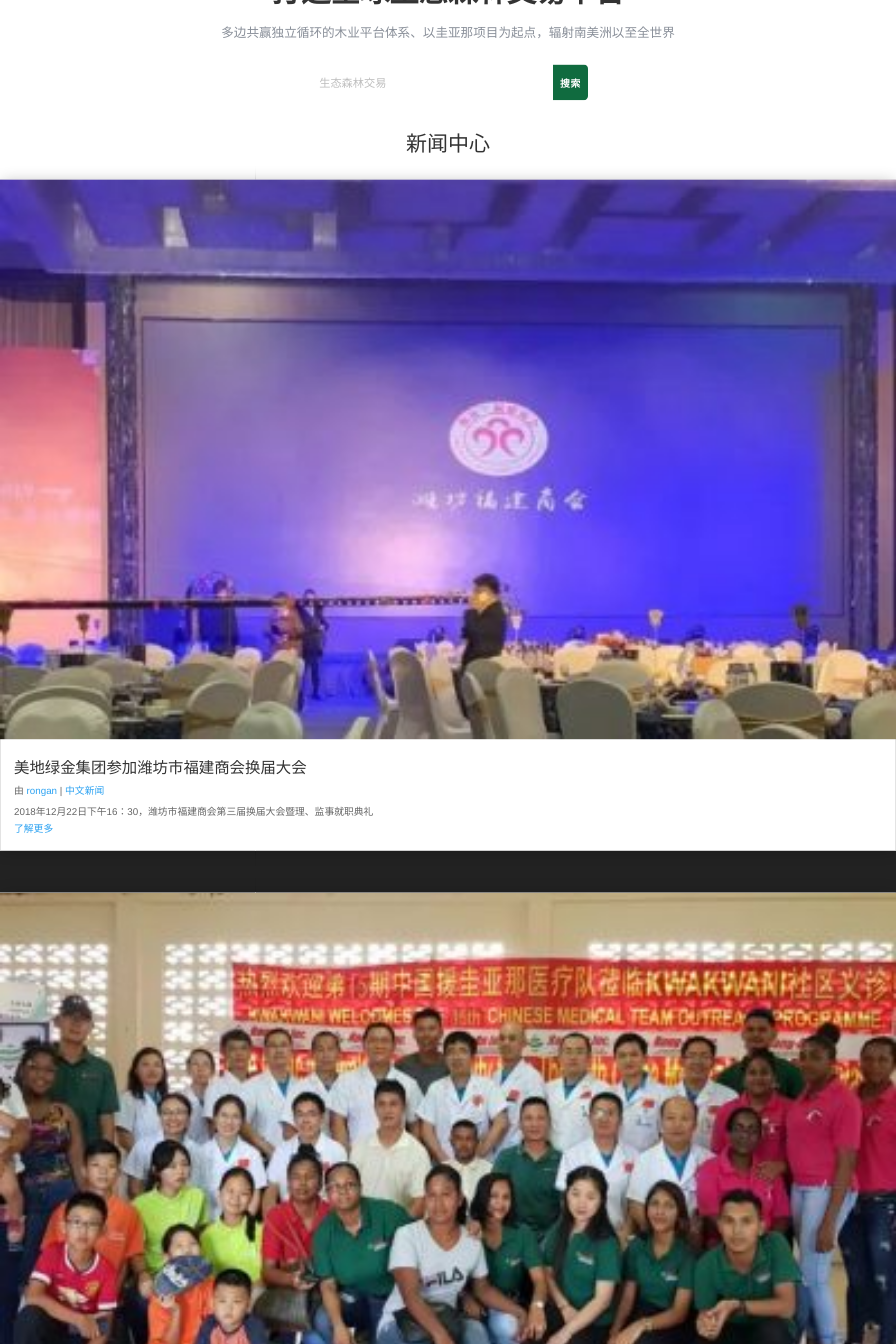
Repository: wfj01/guanwang
Page: /
The author's editor kept a copy of each file at every save. The page is drawn from the files as they stood at one save, then again after the next save.
The browser window is 1280 px wide. The pictures show the part of the page from y = 2296 to 4216 px (the page is 5897 px tall before and 4234 px after), at 70% of full size.
The project was rebuilt for these pictures with package versions that can differ from the ones it lists, and the page was loaded fresh each time. Also part of the build but not shown: src/view/guanyu/guanyu.vue, src/view/gyn/gyn.vue, src/view/xiangmu/xiangmu.vue, src/view/news/news.vue, src/view/jiaoyi/jiaoyi.vue, src/view/lianxi/lianxi.vue, src/view/news/detail.vue, src/components/m/guanyu/mguanyu.vue and 5 more.

Above is the page before, as saved 2021-01-08 11:01:40.

After the next save:
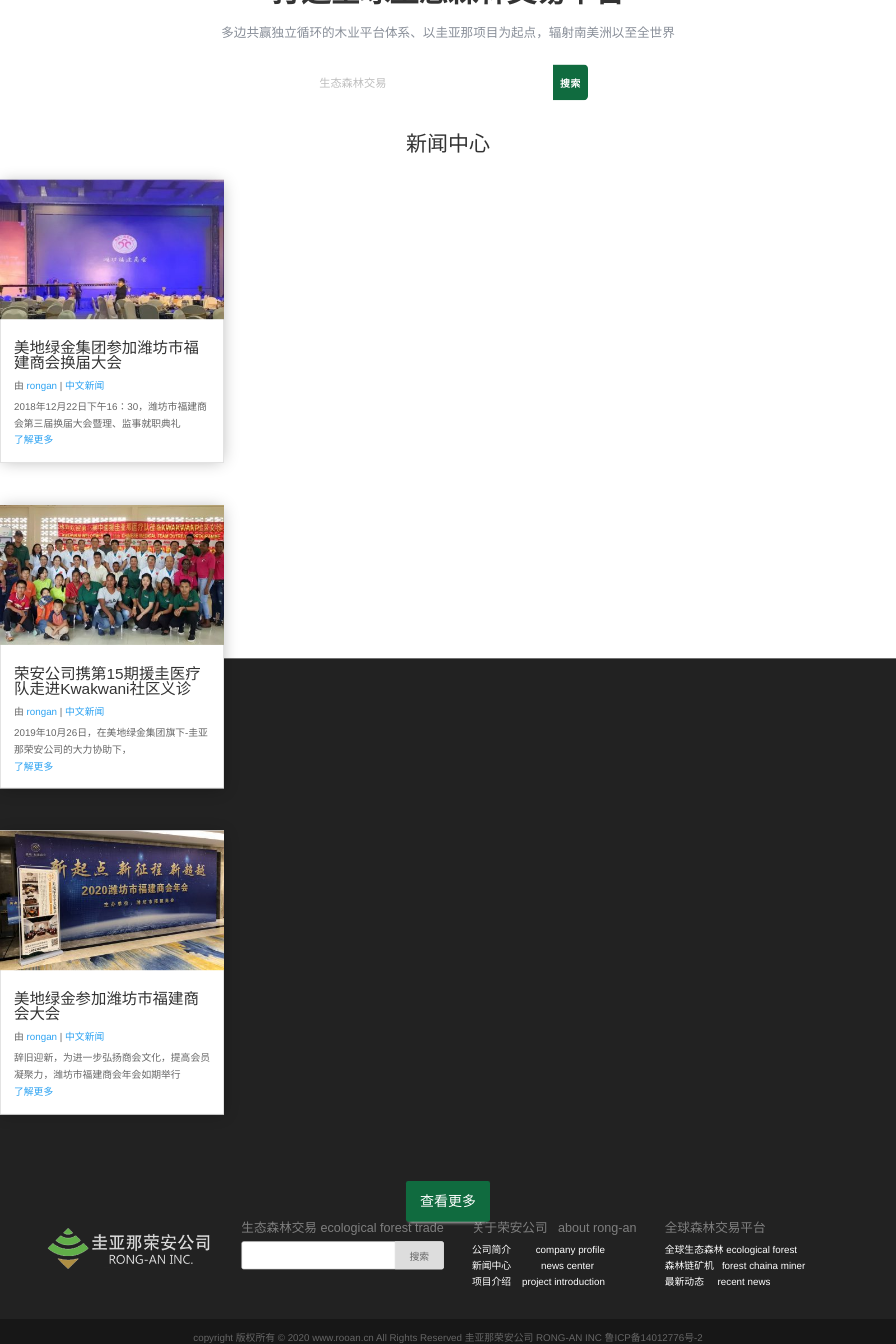
Saved 6 min 8 s later.
--- a/src/components/pc/index.vue
+++ b/src/components/pc/index.vue
@@ -261,7 +261,7 @@
 
 															<div class="et_pb_ajax_pagination_container">
 																<div class="et_pb_salvattore_content" data-columns>
-																	<article id="post-65" class="et_pb_post clearfix et_pb_has_overlay et_pb_blog_item_0_0 post-65 post type-post status-publish format-standard has-post-thumbnail hentry category-12">
+																	<article id="post-65" style="width: 320px;" class="et_pb_post clearfix et_pb_has_overlay et_pb_blog_item_0_0 post-65 post type-post status-publish format-standard has-post-thumbnail hentry category-12">
 
 																		<div class="et_pb_image_container"><a href="./html/newslist.html" class="entry-featured-image-url"><img
 																				 src="../../public/images/u1-400x250.jpg" alt="美地绿金集团参加潍坊市福建商会换届大会" class="" srcset="../../public/images/u1.jpg 479w, ../../public/images/u1-400x250.jpg 480w "
@@ -279,7 +279,7 @@
 																		</div>
 																	</article> <!-- .et_pb_post -->
 
-																	<article id="post-62" class="et_pb_post clearfix et_pb_has_overlay et_pb_blog_item_0_1 post-62 post type-post status-publish format-standard has-post-thumbnail hentry category-12">
+																	<article id="post-62" style="width: 320px;" class="et_pb_post clearfix et_pb_has_overlay et_pb_blog_item_0_1 post-62 post type-post status-publish format-standard has-post-thumbnail hentry category-12">
 
 																		<div class="et_pb_image_container"><a href="./html/newslist.html" class="entry-featured-image-url"><img
 																				 src="../../public/images/新闻002-400x250.jpg" alt="荣安公司携第15期援圭医疗队走进Kwakwani社区义诊" class="" srcset="../../public/images/新闻002.jpg 479w, ../../public/images/新闻002-400x250.jpg 480w "
@@ -297,7 +297,7 @@
 																		</div>
 																	</article> <!-- .et_pb_post -->
 
-																	<article id="post-56" class="et_pb_post clearfix et_pb_has_overlay et_pb_blog_item_0_2 post-56 post type-post status-publish format-standard has-post-thumbnail hentry category-12">
+																	<article id="post-56" style="width: 320px;" class="et_pb_post clearfix et_pb_has_overlay et_pb_blog_item_0_2 post-56 post type-post status-publish format-standard has-post-thumbnail hentry category-12">
 
 																		<div class="et_pb_image_container"><a href="http://rooan.cn/index.php/zh/2020/10/27/%e7%be%8e%e5%9c%b0%e7%bb%bf%e9%87%91%e5%8f%82%e5%8a%a0%e6%bd%8d%e5%9d%8a%e5%b8%82%e7%a6%8f%e5%bb%ba%e5%95%86%e4%bc%9a%e5%a4%a7%e4%bc%9a/"
 																			 class="entry-featured-image-url"><img src="../../public/images/新闻001-400x250.jpg" alt="美地绿金参加潍坊市福建商会大会" class=""
